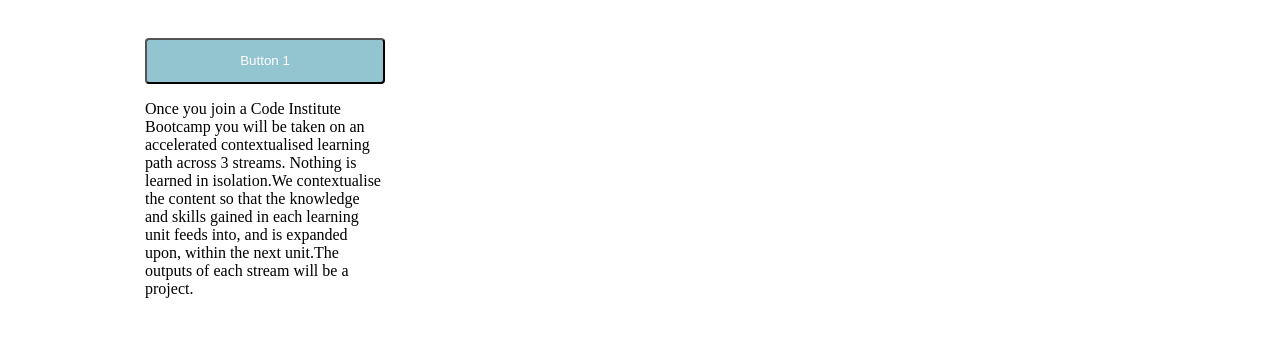
Repository: oliviatatum/method-chaining
Page: method-chaining.html
The author's editor kept a record of every edit. The page is drawn from the files as they stood at one moment, then again after the next edit.
The browser window is 1280 px wide. The pictures show the whole page.
Some web libraries are served in a nearby version.

Above is the page before.
Console error: SyntaxError: Unexpected token '}'

### method-chaining.html
<!doctype html>
<html lang="en">
<head>
	<meta charset="utf-8" />
	<meta name="viewport" content="width=device-width, initial-scale=1">
	<title>jQuery</title>
	<link href="css/style.css" rel="stylesheet">
	<link href='https://fonts.googleapis.com/css?family=Roboto' rel='stylesheet' type='text/css'>
	<link href='https://fonts.googleapis.com/css?family=Dosis' rel='stylesheet' type='text/css'>
</head>
<body>
	<div id="container">
		<div class='card'>
			<button id='button1'  class="bottom_button">Button 1</button>
			<p id='para1' class="card_para">Once you join a Code Institute Bootcamp you will be taken on an accelerated contextualised learning path across 3 streams. Nothing is learned in isolation.We contextualise the content so that the knowledge and skills gained in each learning unit feeds into, and is expanded upon, within the next unit.The outputs of each stream will be a project. </p>
		</div>
	</div>
	<!-- Scripts located at the bottom of the body to insure page is fully loaded before execution -->
	<script src="https://code.jquery.com/jquery-3.2.1.js" integrity="sha256-DZAnKJ/6XZ9si04Hgrsxu/8s717jcIzLy3oi35EouyE=" crossorigin="anonymous"></script>
	<script src="js/script.js"></script> <!-- Scripts located at the bottom of the body to insure page is fully loaded before execution -->

</body>
</html>

### css/style.css

#container
{
	display: flex;		/* makes container a flexbox*/
	flex-flow: row wrap; 	/* layout the boxes in rows and wrap them*/
	box-sizing:border-box;
	margin-right:auto;
	margin-left:auto;
	max-width:1050px;
}
.bottom_button{
	display: flex;
	box-sizing:border-box;
	border-radius: 4px;
	display: block;
	width: 100%;
	background-color:rgba(129, 187, 201,.85);
	text-align: center;
	padding: 1em .75em;
	text-decoration: none;
	color: #fff;

}

.card_bottom{
	display: flex;
	flex-flow:column;
}

.card{
	flex:1; /* */
	display: flex;	/* make the contents controllable by flexbox*/
	flex-flow:column;	/* */
	max-width: 240px; /**/
	margin: 10px;
	padding: 20px;
	background-color: #fff;
}


/*************************
Navigation
**************************/


.underline{
  text-decoration:underline;
}
.border{
  border: solid 5px #ccc;
}
.makeRed {
    background-color: red;
}

.makeBorder {
    border: 10px;
    border-color: #000;
}

### js/script.js
$("#button1")
.mouseenter(function(){
    $("#button1").removeClass("makeRed").addClass("makeBorder")})
.mouseleave(function(){
        $("#button1").removeClass("makeBorder").addClass("makeRed");
    });
});

After the next edit:
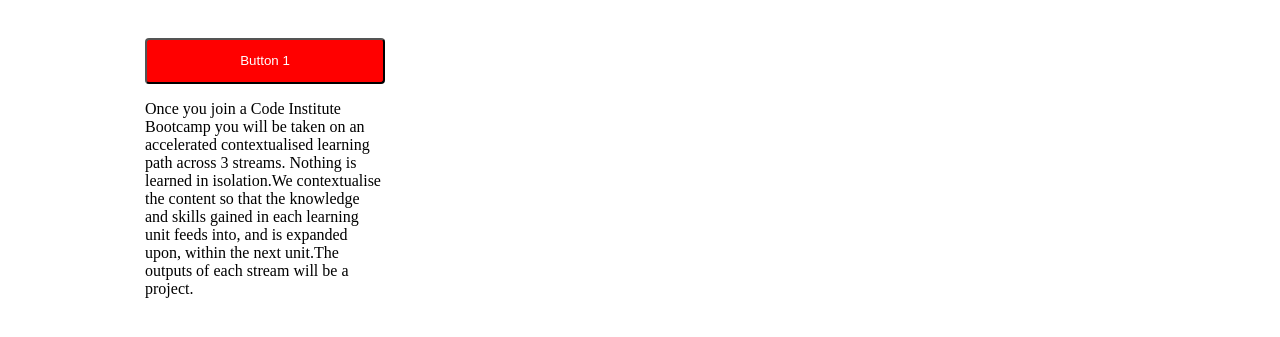
The edit:
--- a/method-chaining.html
+++ b/method-chaining.html
@@ -11,7 +11,7 @@
 <body>
 	<div id="container">
 		<div class='card'>
-			<button id='button1'  class="bottom_button">Button 1</button>
+			<button id='button1'  class="bottom_button makeRed">Button 1</button>
 			<p id='para1' class="card_para">Once you join a Code Institute Bootcamp you will be taken on an accelerated contextualised learning path across 3 streams. Nothing is learned in isolation.We contextualise the content so that the knowledge and skills gained in each learning unit feeds into, and is expanded upon, within the next unit.The outputs of each stream will be a project. </p>
 		</div>
 	</div>
